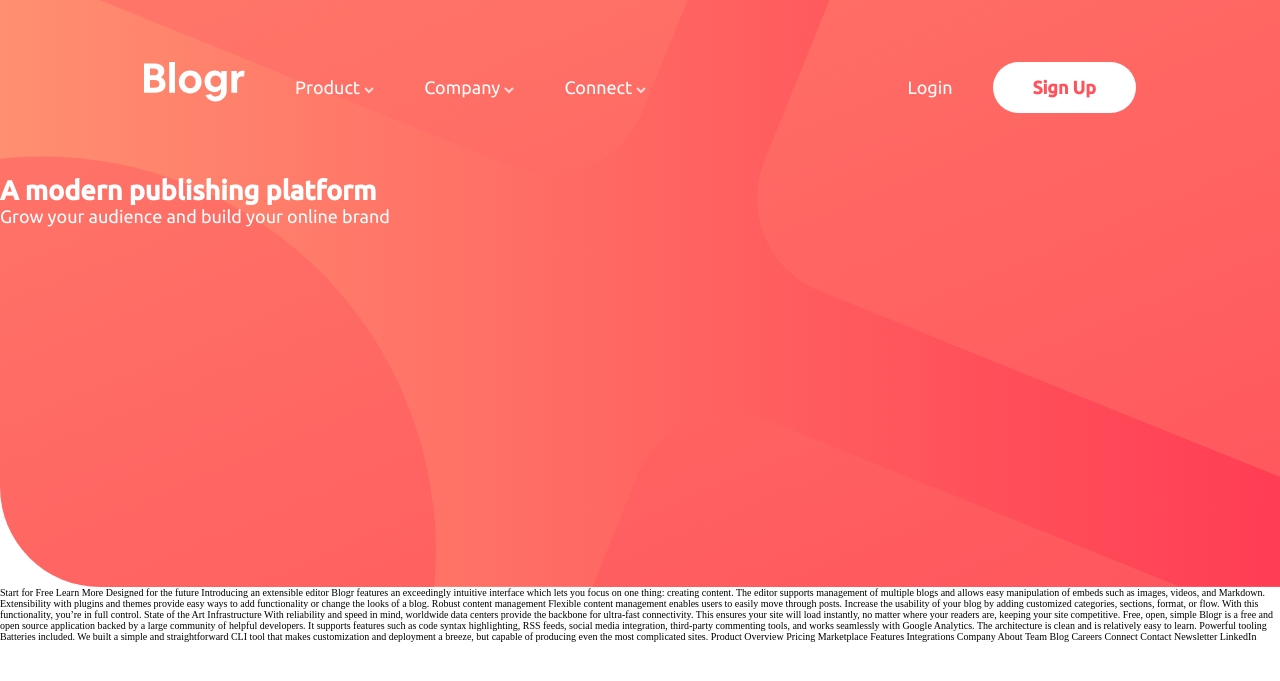
Repository: tomas938/tomaspage3
Page: index.html
An editor plug-in stored every save of this project. The page is shown before and after the next save, followed by the edit.
The browser window is 1280 px wide. The pictures show the whole page.
The style sheet was rebuilt from its Sass, Less or Tailwind sources for each picture, by a compiler version that may differ from the author's.

Above is the page before, as saved 2021-07-30 09:07:54.

### index.html
<!DOCTYPE html>
<html lang="en">
	<head>
		<meta charset="UTF-8" />
		<meta name="viewport" content="width=device-width, initial-scale=1.0" />
		<!-- displays site properly based on user's device -->

		<link
			rel="icon"
			type="image/png"
			sizes="32x32"
			href="./images/favicon-32x32.png"
		/>

		<title>Frontend Mentor | [Blogr]</title>

		<link rel="stylesheet" href="./scss/main.css" />
	</head>
	<body>
		<section class="intro">
			<header>
				<nav class="intro__navigation">
					<div class="intro__navigation__logo">
						<svg width="101" height="40" xmlns="http://www.w3.org/2000/svg">
							<path
								d="M0 30.803V1.486h10.653c1.982 0 3.695.31 5.14.93 1.446.619 2.56 1.5 3.345 2.642.785 1.142 1.177 2.484 1.177 4.026 0 1.404-.303 2.636-.909 3.695a6.48 6.48 0 01-2.56 2.498c1.487.578 2.643 1.494 3.469 2.746.826 1.253 1.239 2.732 1.239 4.439 0 1.707-.44 3.18-1.322 4.418-.88 1.239-2.12 2.202-3.716 2.89-1.596.688-3.482 1.033-5.657 1.033H0zM5.946 6.565v6.73h4.046c1.35 0 2.388-.282 3.118-.846.73-.564 1.094-1.397 1.094-2.498 0-1.101-.365-1.94-1.094-2.519-.73-.578-1.769-.867-3.118-.867H5.946zm0 19.159h4.624c1.542 0 2.732-.33 3.572-.991.84-.66 1.26-1.61 1.26-2.85 0-1.238-.42-2.188-1.26-2.848-.84-.66-2.03-.991-3.572-.991H5.946v7.68zm19.282 5.079V0h5.781v30.803h-5.78zm20.893.619c-1.624 0-3.124-.29-4.5-.867a10.94 10.94 0 01-3.593-2.416 10.96 10.96 0 01-2.374-3.654c-.564-1.404-.846-2.931-.846-4.583 0-1.652.289-3.173.867-4.563a11.354 11.354 0 012.415-3.654 10.96 10.96 0 013.634-2.436c1.39-.578 2.91-.867 4.562-.867 1.625 0 3.125.289 4.501.867a10.94 10.94 0 013.592 2.416 11.01 11.01 0 012.375 3.633c.564 1.39.846 2.911.846 4.563 0 1.651-.289 3.179-.867 4.583a11.297 11.297 0 01-2.416 3.675 10.96 10.96 0 01-3.633 2.436c-1.39.578-2.911.867-4.563.867zm.083-5.203c1.046 0 1.982-.275 2.808-.825.825-.551 1.48-1.301 1.96-2.25.483-.95.723-2.03.723-3.242 0-1.211-.24-2.292-.722-3.241-.482-.95-1.136-1.7-1.961-2.25-.826-.551-1.762-.826-2.808-.826-1.046 0-1.982.275-2.808.825-.826.55-1.48 1.301-1.961 2.25-.482.95-.723 2.03-.723 3.242 0 1.211.241 2.292.723 3.241.482.95 1.135 1.7 1.961 2.25.826.551 1.762.826 2.808.826zm24.155 3.964a9.13 9.13 0 01-3.86-.826 9.492 9.492 0 01-3.118-2.291c-.881-.977-1.57-2.12-2.065-3.427-.495-1.308-.743-2.719-.743-4.233 0-1.569.255-3.02.764-4.356a10.614 10.614 0 012.147-3.489 10.174 10.174 0 013.22-2.333c1.225-.564 2.554-.846 3.985-.846 1.404 0 2.67.282 3.799.846a7.402 7.402 0 012.807 2.457l.124-2.684h5.327v19.2c0 1.68-.269 3.207-.805 4.584-.537 1.376-1.301 2.56-2.292 3.55a10.231 10.231 0 01-3.53 2.292c-1.363.537-2.87.805-4.522.805-1.624 0-3.083-.254-4.376-.764a10.468 10.468 0 01-3.386-2.126 10.035 10.035 0 01-2.271-3.18L67.097 32a5.452 5.452 0 001.92 1.879c.784.454 1.672.681 2.663.681 1.074 0 2.003-.24 2.787-.723.785-.481 1.397-1.156 1.838-2.023.44-.867.66-1.879.66-3.035v-1.775a7.793 7.793 0 01-2.828 2.333c-1.143.564-2.402.846-3.778.846zm1.404-5.12c1.018 0 1.92-.254 2.704-.764a5.556 5.556 0 001.879-2.064c.468-.867.702-1.851.702-2.952 0-1.102-.234-2.086-.702-2.953a5.556 5.556 0 00-1.879-2.064c-.784-.51-1.686-.764-2.704-.764-1.019 0-1.92.255-2.705.764a5.556 5.556 0 00-1.879 2.064c-.468.867-.702 1.851-.702 2.953 0 1.1.234 2.085.702 2.952a5.556 5.556 0 001.88 2.064c.784.51 1.685.764 2.704.764zm15.607 5.74V9h5.327l.206 3.304c.55-1.157 1.294-2.044 2.23-2.664.936-.62 2.037-.929 3.303-.929.386 0 .77.035 1.156.103.386.07.73.159 1.033.269l-.62 5.698a4.361 4.361 0 00-.929-.227 7.495 7.495 0 00-.97-.062c-1.597 0-2.822.489-3.675 1.466-.853.977-1.28 2.36-1.28 4.15v10.694h-5.78z"
								fill="#FFF"
								fill-rule="nonzero"
							/>
						</svg>
						<ul>
							<li>
								<a href="#">Product</a>
								<svg xmlns="http://www.w3.org/2000/svg" width="10" height="7">
									<path
										fill="none"
										stroke="#FFF"
										stroke-width="2"
										opacity=".75"
										d="M1 1l4 4 4-4"
									/>
								</svg>
							</li>
							<li>
								<a href="#">Company</a>
								<svg xmlns="http://www.w3.org/2000/svg" width="10" height="7">
									<path
										fill="none"
										stroke="#FFF"
										stroke-width="2"
										opacity=".75"
										d="M1 1l4 4 4-4"
									/>
								</svg>
							</li>
							<li>
								<a href="#">Connect</a>
								<svg xmlns="http://www.w3.org/2000/svg" width="10" height="7">
									<path
										fill="none"
										stroke="#FFF"
										stroke-width="2"
										opacity=".75"
										d="M1 1l4 4 4-4"
									/>
								</svg>
							</li>
						</ul>
					</div>
					<div class="intro__navigation__login">
						<div class="button button--1">Login</div>
						<div class="button button--2">Sign Up</div>
					</div>
				</nav>
			</header>
			<div class="intro__description">
				<h1>A modern publishing platform</h1>
				<p>Grow your audience and build your online brand</p>
			</div>
		</section>

		Start for Free Learn More Designed for the future Introducing an extensible
		editor Blogr features an exceedingly intuitive interface which lets you
		focus on one thing: creating content. The editor supports management of
		multiple blogs and allows easy manipulation of embeds such as images,
		videos, and Markdown. Extensibility with plugins and themes provide easy
		ways to add functionality or change the looks of a blog. Robust content
		management Flexible content management enables users to easily move through
		posts. Increase the usability of your blog by adding customized categories,
		sections, format, or flow. With this functionality, you’re in full control.
		State of the Art Infrastructure With reliability and speed in mind,
		worldwide data centers provide the backbone for ultra-fast connectivity.
		This ensures your site will load instantly, no matter where your readers
		are, keeping your site competitive. Free, open, simple Blogr is a free and
		open source application backed by a large community of helpful developers.
		It supports features such as code syntax highlighting, RSS feeds, social
		media integration, third-party commenting tools, and works seamlessly with
		Google Analytics. The architecture is clean and is relatively easy to learn.
		Powerful tooling Batteries included. We built a simple and straightforward
		CLI tool that makes customization and deployment a breeze, but capable of
		producing even the most complicated sites. Product Overview Pricing
		Marketplace Features Integrations Company About Team Blog Careers Connect
		Contact Newsletter LinkedIn
	</body>
</html>

### scss/main.scss
@import "../scss_partials/variables";
@import "../scss_partials/resets";
@import "../scss_partials/intro";

### scss_partials/_variables.scss
//Colors

/* PRIMARY */

$light-red: hsl(356, 100%, 66%);
$very-light-red: hsl(355, 100%, 74%);
$very-dark-blue: hsl(208, 49%, 24%);

/* NEUTRAL */

$white: hsl(0, 0%, 100%);
$grayish-blue: hsl(240, 2%, 79%); //Footer Text
$very-dark-grayish-blue: hsl(207, 13%, 34%);
$very-dark-black-blue: hsl(240, 10%, 16%); //Footer Background

/* GRADIENT */

$very-light-red-gradient: hsl(13, 100%, 72%); // Intro /CTA
$light-red-gradient: hsl(353, 100%, 62%); // Intro /CTA

$very-dark-gray-blue: hsl(237, 17%, 21%); // Background body gradient
$very-dark-desaturated-blue: hsl(237, 23%, 32%); // Background body gradient

//Fonts

@import url("https://fonts.googleapis.com/css2?family=Overpass:wght@300;600&display=swap");

$font-primary: "Overpass", sans-serif;
$font-weight-primary-light: 300;
$font-weight-primary-bold: 600;

@import url("https://fonts.googleapis.com/css2?family=Ubuntu:ital,wght@0,400;0,500;1,700&display=swap");

$font-secondary: "Ubuntu", sans-serif;

$font-weight-secondary-light: 400;
$font-weight-secondary-medium: 500;
$font-weight-secondary-bold: 700;

### scss_partials/_resets.scss
* {
	margin: 0;
	padding: 0;
	box-sizing: border-box;
}
html {
	font-size: 62.5%;
}
li {
	list-style: none;
}
a {
	text-decoration: none;
}

### scss_partials/_intro.scss
.intro {
	height: 81.5vh;
	background-image: url(../images/bg-pattern-intro.svg),
		linear-gradient(to right, $very-light-red-gradient, $light-red-gradient);
	background-position: center center;
	border-bottom-left-radius: 10rem;
	font-family: $font-secondary;
	font-weight: $font-weight-secondary-light;
	color: $white;
	font-size: 1.8rem;
	header {
		width: 100%;
	}
	&__navigation {
		width: 77.5%;
		margin: auto;
		padding: 6.2rem 0;
		display: flex;
		justify-content: space-between;
		&__logo {
			display: flex;
		}
		ul {
			display: flex;
			align-items: center;
		}
		li {
			margin-left: 5rem;
		}

		a {
			color: $white;
		}
		&__login {
			display: flex;
			align-items: center;

			// .signup {
			// 	cursor: pointer;
			// 	padding: 1.5rem 4rem;
			// 	border-radius: 3rem;
			// 	background-color: $white;
			// 	color: $light-red;
			// 	font-family: $font-secondary;
			// 	font-weight: $font-weight-secondary-bold;
			// 	transition: all 0.3s ease-in-out;
			// }
			// .signup:hover {
			// 	background-color: hsla(0, 0%, 100%, 0.267);
			// 	color: $white;
			// }
			.button {
				cursor: pointer;
				padding: 1.5rem 4rem;
				border-radius: 3rem;
			}
			.button--2 {
				background-color: $white;
				color: $light-red;
				font-family: $font-secondary;
				font-weight: $font-weight-secondary-bold;
				transition: all 0.3s ease-in-out;
			}
		}
	}
}

After the next save:
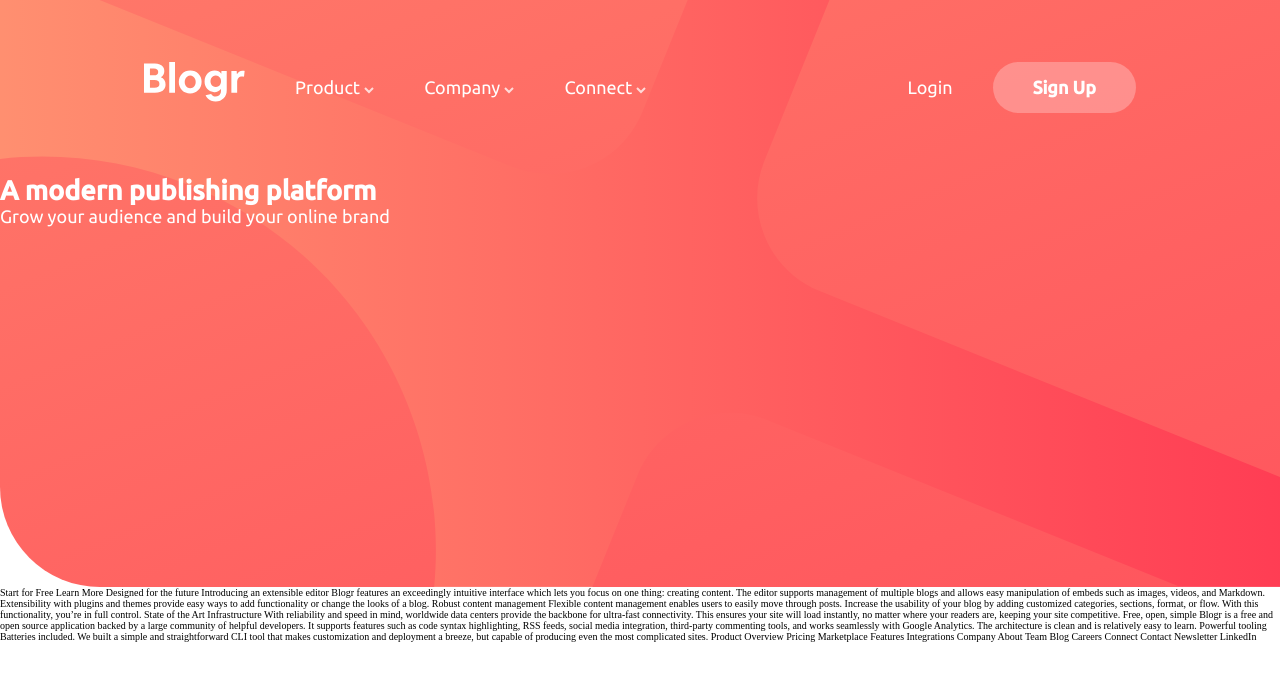
Saved 19 s later.
--- a/scss_partials/_intro.scss
+++ b/scss_partials/_intro.scss
@@ -61,6 +61,10 @@
 				font-weight: $font-weight-secondary-bold;
 				transition: all 0.3s ease-in-out;
 			}
+			.button--2 {
+				background-color: hsla(0, 0%, 100%, 0.267);
+				color: $white;
+			}
 		}
 	}
 }

After the save that followed:
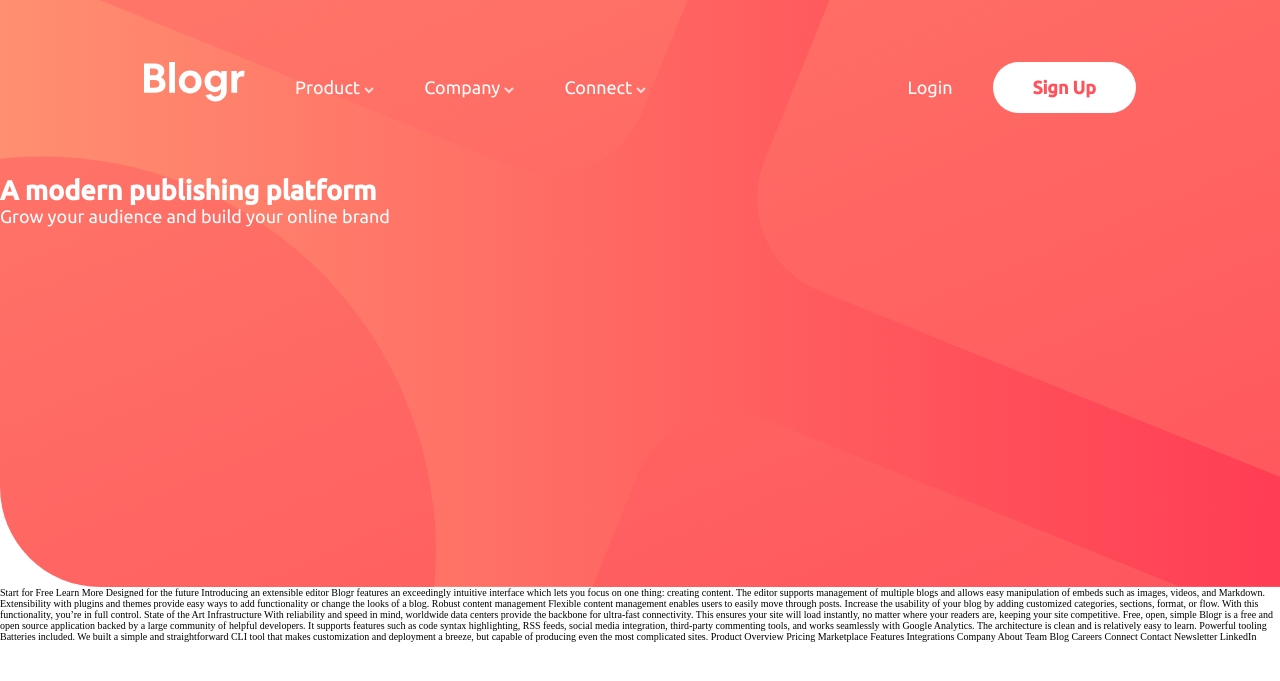
Saved 5 s later.
--- a/scss_partials/_intro.scss
+++ b/scss_partials/_intro.scss
@@ -61,7 +61,7 @@
 				font-weight: $font-weight-secondary-bold;
 				transition: all 0.3s ease-in-out;
 			}
-			.button--2 {
+			.button--2:hover {
 				background-color: hsla(0, 0%, 100%, 0.267);
 				color: $white;
 			}
